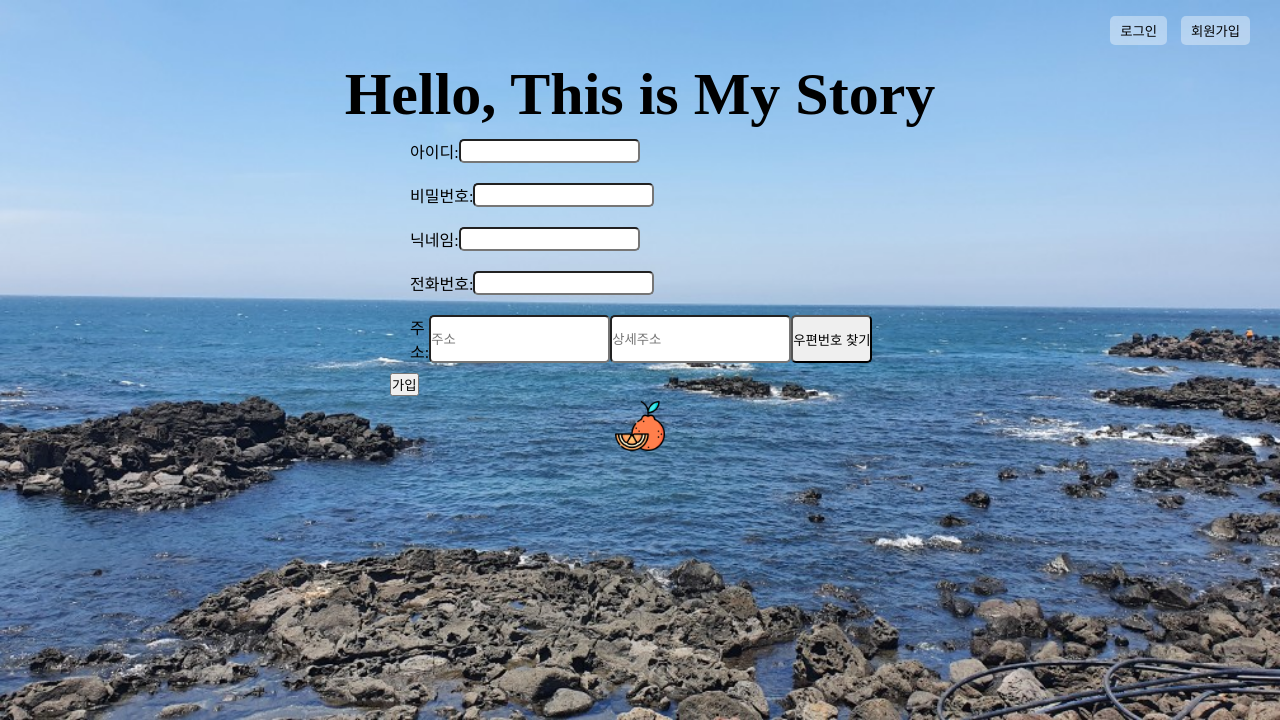
Repository: jeeniii/test2022_12_29
Page: http://localhost/portfolio/mem/join
These files come from the project's save history. The page is drawn as it stood at one moment and after the next save; the edit follows.
The browser window is 1280 px wide. The pictures show the whole page.
The page is served by Tomcat 9. Other server files are loaded and not shown.

Above is the page before, as saved 2022-12-13 07:44:09.

### JSP_Portfolio/portfolio/src/main/webapp/member/join.jsp
<%@ page language="java" contentType="text/html; charset=UTF-8"
    pageEncoding="UTF-8"%>
<!DOCTYPE html>
<html>
<head>
<meta charset="UTF-8">
<title>Insert title here</title>
<link rel="stylesheet" href="/resources/css/join.css" type="text/css">
<%@ include file="/header.jsp" %>
</head>
<body>
<section>
	<form action="/mem/register" method="post">
		<div class="j_put">
		<span>
			아이디:
		</span>
			 <input type="text" name="id" > <br>
		</div>
		<div class="j_put">
			<span>
				비밀번호:
			</span>
				 <input type="password" name="pwd"> <br>
		</div>
		<div class="j_put">
			<span>
				닉네임:
			</span>
				 <input type="text" name="nick_name"> <br>
		</div>
		<div class="j_put">
			<span>
				전화번호:
			</span>
				 <input type="text" name="phone" oninput="hypenTel(this)" maxlength="13"> <br>
		</div>
		<div class="j_put">
		<span>
			주소:
		</span>

				<input type="hidden" id="sample6_postcode" placeholder="우편번호"><br>
				<input type="text" name="addr1" id="sample6_address" placeholder="주소">
				<input type="text" name="addr2" id="sample6_detailAddress" placeholder="상세주소">
				<input type="button" onclick="sample6_execDaumPostcode()" value="우편번호 찾기">
				<input type="hidden" id="sample6_extraAddress" placeholder="참고항목"> <br><br>
		</div>
			<button type="submit">가입</button>
	</form>
</section>
<script src="//t1.daumcdn.net/mapjsapi/bundle/postcode/prod/postcode.v2.js"></script>
<script type="text/javascript">


const hypenTel = (target) => {
	 target.value = target.value
	   .replace(/[^0-9]/g, '')
	   .replace(/^(\d{2,3})(\d{3,4})(\d{4})$/, `$1-$2-$3`);
}

function sample6_execDaumPostcode() {
    new daum.Postcode({
        oncomplete: function(data) {
            var addr = '';
            var extraAddr = '';

            if (data.userSelectedType === 'R') {
                addr = data.roadAddress;
            } else {
                addr = data.jibunAddress;
            }

            if(data.userSelectedType === 'R'){
                if(data.bname !== '' && /[동|로|가]$/g.test(data.bname)){
                    extraAddr += data.bname;
                }
                if(data.buildingName !== '' && data.apartment === 'Y'){
                    extraAddr += (extraAddr !== '' ? ', ' + data.buildingName : data.buildingName);
                }
                if(extraAddr !== ''){
                    extraAddr = ' (' + extraAddr + ')';
                }
                document.getElementById("sample6_extraAddress").value = extraAddr;

            } else {
                document.getElementById("sample6_extraAddress").value = '';
            }

            document.getElementById('sample6_postcode').value = data.zonecode;
            document.getElementById("sample6_address").value = addr;
            document.getElementById("sample6_detailAddress").focus();
        }
    }).open();
}
</script>
<%@ include file="/footer.jsp" %>
</body>
</html>

### JSP_Portfolio/portfolio/src/main/webapp/header.jsp
<%@ page language="java" contentType="text/html; charset=UTF-8"
    pageEncoding="UTF-8"%>
    <%@ taglib uri="http://java.sun.com/jsp/jstl/core" prefix="c" %>
<!DOCTYPE html>
<html>
<head>
<meta charset="UTF-8">

<link rel="stylesheet" href="/resources/css/header.css" type="text/css">
</head>
<body>
	<header>
		<div class="realHeader">
			<div class="headbar">
				<ul>

					<c:if test="${ses.id ne null }">
						<li>
							${ses.nick_name }님
						</li>
						<li>
							<a href="/mem/logout?id=${ses.id }"><button type="button">로그아웃</button></a>
						</li>
						<li>
							<a href="/mem/modify?id=${ses.id }"><button type="button">회원정보수정</button></a>
						</li>
					</c:if>

					<c:if test="${ses.id eq null }">
						<li>
							<a href="/mem/login"><button type="button">로그인</button></a>
						</li>
						<li>
							<a href="/mem/join"><button type="button"> 회원가입</button></a>
						</li>
					</c:if>
				</ul>
			</div>
		</div>
		<div class="topic">
			<h1>Hello, This is My Story</h1>
		</div>
	</header>
</body>
</html>

### JSP_Portfolio/portfolio/src/main/webapp/footer.jsp
<%@ page language="java" contentType="text/html; charset=UTF-8"
    pageEncoding="UTF-8"%>
    <%@ taglib uri="http://java.sun.com/jsp/jstl/core" prefix="c" %>
<!DOCTYPE html>
<html>
<head>
<meta charset="UTF-8">
<title>Insert title here</title>
<link rel="stylesheet" href="/resources/css/footer.css" type="text/css">
</head>
<body>
<footer>
		<a href="/" id="hanlabtn"><button type="button"><img src="/resources/한라봉.png" id="hanlabong"></button></a>
</footer>
</body>
</html>

### JSP_Portfolio/portfolio/src/main/java/controller/MemberController.java
package controller;

import java.io.IOException;
import java.util.List;

import javax.servlet.RequestDispatcher;
import javax.servlet.ServletException;
import javax.servlet.annotation.WebServlet;
import javax.servlet.http.HttpServlet;
import javax.servlet.http.HttpServletRequest;
import javax.servlet.http.HttpServletResponse;
import javax.servlet.http.HttpSession;

import org.slf4j.Logger;
import org.slf4j.LoggerFactory;

import domain.MemberVO;
import service.MemberService;
import service.MemberServiceImpl;

@WebServlet("/mem/*")
public class MemberController extends HttpServlet {
	private static final long serialVersionUID = 1L;
	private Logger log=LoggerFactory.getLogger(MemberController.class);
    private MemberService msv;
    private RequestDispatcher rdp;
    private String destPage;
    private int isOk;

    public MemberController() {
    	msv=new MemberServiceImpl();
    }

	protected void service(HttpServletRequest req, HttpServletResponse res) throws ServletException, IOException {
		req.setCharacterEncoding("utf-8");
		res.setCharacterEncoding("utf-8");
		res.setContentType("text/html; charset=utf-8");

		String uri=req.getRequestURI();
		String path=uri.substring(uri.lastIndexOf("/")+1);
		log.info("uri>> "+uri);
		log.info("path>> "+path);

		switch(path) {
		case "login":
			destPage="/member/login.jsp";
			break;

		case "join":
			destPage="/member/join.jsp";

			break;

		case "register":
			try {
				log.info("register check1");
				MemberVO mvo=new MemberVO(
						req.getParameter("id"),
						req.getParameter("pwd"),
						req.getParameter("nick_name"),
						req.getParameter("phone"),
						req.getParameter("addr1")+req.getParameter("addr2"));
				System.out.println(mvo.getId()=="");
				System.out.println(mvo.getPwd()=="");
				System.out.println(mvo.getNick_name()=="");
				System.out.println(mvo.getPhone()=="");
				if(
						mvo.getId()==""||
						mvo.getPwd()==""||
						mvo.getNick_name()==""||
						mvo.getPhone()=="") {
					log.info("Resend check");
					req.setAttribute("msg_register", false);
					//res.sendRedirect("/");
					destPage="/";
					//return;
				}else {
					isOk=msv.register(new MemberVO(
							req.getParameter("id"),
							req.getParameter("pwd"),
							req.getParameter("nick_name"),
							req.getParameter("phone"),
							req.getParameter("addr1").concat(", ").concat(req.getParameter("addr2"))));
					//concate으로 addr1과 addr2를 이어 붙이면서 그 가운데에 ", "도 더해준다.
					if(isOk>0) {
						req.setAttribute("msg_register", true);
					}
					log.info("register check4");
					destPage="/";
				}
			} catch (Exception e) {
				log.info("register error");
				e.printStackTrace();
			}
			break;

		case "login_auth": //실제 로그인이 일어나는 케이스
			try {
				MemberVO mvo=msv.login(new MemberVO(req.getParameter("id"),req.getParameter("pwd")));
				log.info("login check");
				if(mvo != null) {
					//세션 가져오기. 연결된 세션이 없다면 새로 생성
					HttpSession ses=req.getSession();
					//ses로 mvo를 바인딩
					ses.setAttribute("ses", mvo);
					ses.setMaxInactiveInterval(10*60);
					req.setAttribute("msg_login", true);
				}else {
					req.setAttribute("msg_login", false);
				}
				destPage="/";
			} catch (Exception e) {
				log.info("login_auth error");
				e.printStackTrace();
			}
			break;

		case "logout":
			try {
				HttpSession ses=req.getSession();
				ses.invalidate(); //무효화하다
				//로그인 정보 id를 주고 로그인 시간 update
				isOk=msv.lastLogin(req.getParameter("id"));
				log.info("check1");
				log.info("logout>> :"+(isOk>0?"Ok":"Fail"));
				destPage="/";
			} catch (Exception e) {
				log.info("logout error");
				e.printStackTrace();
			}
			break;

		case "list":
			try {
				log.info("list 1");
				List<MemberVO> list=msv.getList();
				req.setAttribute("list", list);
				log.info("list 4");
				destPage="/member/list.jsp";
			} catch (Exception e) {
				log.info("list error");
				e.printStackTrace();
			}
			break;

		case "modify":
			try {
				log.info("modify1");
				String id=req.getParameter("id");
				MemberVO mvo=msv.modify(id);
				req.setAttribute("mvo", mvo);
				log.info("modify4");
				destPage="/member/modify.jsp";
			} catch (Exception e) {
				log.info("modify error");
				e.printStackTrace();
			}
			break;

		case "update":
			try {
				log.info("update1");
				String id=req.getParameter("id");
				String pwd=req.getParameter("pwd");
				String nick_name=req.getParameter("nick_name");
				String phone=req.getParameter("phone");
				String addr=req.getParameter("addr1").concat(", ").concat(req.getParameter("addr2"));
				MemberVO mvo=new MemberVO(id,pwd,nick_name,phone,addr);
				isOk=msv.update(mvo);
				log.info("update4");
				if(isOk>0) {
					HttpSession ses=req.getSession();
					ses.setAttribute("ses", mvo);
					ses.setMaxInactiveInterval(10*60);
				}else {
					req.setAttribute("msg_update", 0);
				}
				log.info("controller update> "+(isOk>0?"ok":"fail"));
				destPage="/";
			} catch (Exception e) {
				log.info("update error");
				e.printStackTrace();
			}
			break;

		case "remove":
			try {
				log.info("remove1");
				String id=req.getParameter("id");
				HttpSession ses=req.getSession();
				ses.invalidate();
				isOk=msv.remove(id);
				destPage="/";
				log.info("remove4");
			} catch (Exception e) {
				log.info("remove error");
				e.printStackTrace();
				break;

			}
		default:
			break;
		}

		rdp=req.getRequestDispatcher(destPage);
		rdp.forward(req, res);
	}

	protected void doGet(HttpServletRequest request, HttpServletResponse response) throws ServletException, IOException {
		service(request, response);
	}

	protected void doPost(HttpServletRequest request, HttpServletResponse response) throws ServletException, IOException {
		service(request, response);
	}

}

### JSP_Portfolio/portfolio/src/main/java/service/MemberServiceImpl.java
package service;

import java.util.List;

import org.slf4j.Logger;
import org.slf4j.LoggerFactory;

import domain.MemberVO;
import repository.MemberDAO;
import repository.MemberDAOImpl;

public class MemberServiceImpl implements MemberService {
	private static final Logger log=LoggerFactory.getLogger(MemberServiceImpl.class);
	private MemberDAO mdao;

	public MemberServiceImpl() {
		mdao=new MemberDAOImpl();
	}

	@Override
	public int register(MemberVO mvo) {
		log.info("register check2");
		return mdao.insert(mvo);
	}

	@Override
	public MemberVO login(MemberVO mvo) {
		log.info("login check2");
		return mdao.selectOne(mvo);
	}

	@Override
	public int lastLogin(String id) {
		log.info("logout check2");
		return mdao.update(id);
	}

	@Override
	public List<MemberVO> getList() {
		log.info("list check2");
		return mdao.seletList();
	}

	@Override
	public MemberVO modify(String id) {
		log.info("modify check2");
		return mdao.modify(id);
	}

	@Override
	public int update(MemberVO mvo) {
		log.info("update check2");
		return mdao.update(mvo);
	}

	@Override
	public int remove(String id) {
		log.info("remove2");
		return mdao.delete(id);
	}

}

### JSP_Portfolio/portfolio/src/main/java/repository/MemberDAO.java
package repository;

import java.util.List;

import domain.MemberVO;

public interface MemberDAO {

	int insert(MemberVO mvo);

	MemberVO selectOne(MemberVO mvo);

	int update(String id);

	List<MemberVO> seletList();

	MemberVO modify(String id);

	int update(MemberVO mvo);

	int delete(String id);

}

### JSP_Portfolio/portfolio/src/main/java/repository/MemberDAOImpl.java
package repository;


import java.util.List;

import org.apache.ibatis.session.SqlSession;
import org.slf4j.Logger;
import org.slf4j.LoggerFactory;

import domain.MemberVO;
import orm.DataBaseBuilder;

public class MemberDAOImpl implements MemberDAO {
	private static final Logger log=LoggerFactory.getLogger(MemberDAOImpl.class);
	private SqlSession sql;
	private final String NS="MemberMapper.";

	public MemberDAOImpl() {
		new DataBaseBuilder();
		sql=DataBaseBuilder.getFactory().openSession();
	}

	@Override
	public int insert(MemberVO mvo) {
		log.info("check");
		int isOk=sql.insert(NS+"add",mvo);
		if(isOk>0) {
			sql.commit();
		}
		log.info("register check3");
		return isOk;
	}

	@Override
	public MemberVO selectOne(MemberVO mvo) {
		log.info("login check3");
		return sql.selectOne(NS+"login",mvo);
	}

	@Override
	public int update(String id) {
		int isOk=sql.update(NS+"last",id);
		if(isOk>0) {
			sql.commit();
		}
		log.info("logout check3");
		return isOk;
	}

	@Override
	public List<MemberVO> seletList() {
		log.info("list check3");
		return sql.selectList(NS+"list");
	}

	@Override
	public MemberVO modify(String id) {
		log.info("modify check3");
		return sql.selectOne(NS+"modify",id);
	}

	@Override
	public int update(MemberVO mvo) {
		int isOk=sql.update(NS+"update",mvo);
		if(isOk>0) {
			sql.commit();
		}
		log.info("update check3");
		return isOk;
	}

	@Override
	public int delete(String id) {
		log.info("remove3");
		int isOk=sql.delete(NS+"delete",id);
		if(isOk>0) {
			sql.commit();
		}
		return isOk;
	}

}

### JSP_Portfolio/portfolio/src/main/java/orm/DataBaseBuilder.java
package orm;

import org.apache.ibatis.io.Resources;
import org.apache.ibatis.session.SqlSessionFactory;
import org.apache.ibatis.session.SqlSessionFactoryBuilder;

public class DataBaseBuilder {
	private static SqlSessionFactory factory;

	static {
		try {
			factory=new SqlSessionFactoryBuilder().build(Resources.getResourceAsReader("orm/MybatisConfig.xml"));
		} catch (Exception e) {
			System.out.println("mybatis error");
			e.printStackTrace();
		}
	}
	public static SqlSessionFactory getFactory() {
		return factory;
	}

}

### JSP_Portfolio/portfolio/src/main/java/domain/MemberVO.java
package domain;

public class MemberVO {
	/*create table member3 (
	id varchar(100) not null,
	pwd varchar(100) not null,
	nick_name varchar(100) not null,
	reg_at datetime default current_timestamp,
	last_login datetime not null,
	primary key(id));*/
	private String id;
	private String pwd;
	private String nick_name;
	private String phone;
	private String addr;
	private String reg_at;
	private String last_login;

	public MemberVO() {}

	//login(id,pwd)
	public MemberVO(String id,String pwd) {
		this.id=id;
		this.pwd=pwd;
	}
	//join,modify(id,pwd,nick_name)
	public MemberVO(String id,String pwd,String nick_name,String phone,String addr) {
		this.id=id;
		this.pwd=pwd;
		this.nick_name=nick_name;
		this.phone=phone;
		this.addr=addr;
	}
	//list(all)
	public MemberVO(String id,String pwd,String nick_name,String phone,String addr,String reg_at,String last_login) {
		this.id=id;
		this.pwd=pwd;
		this.nick_name=nick_name;
		this.phone=phone;
		this.addr=addr;
		this.reg_at=reg_at;
		this.last_login=last_login;
	}

	public String getId() {
		return id;
	}

	public void setId(String id) {
		this.id = id;
	}

	public String getPwd() {
		return pwd;
	}

	public void setPwd(String pwd) {
		this.pwd = pwd;
	}

	public String getNick_name() {
		return nick_name;
	}

	public void setNick_name(String nick_name) {
		this.nick_name = nick_name;
	}

	public String getReg_at() {
		return reg_at;
	}

	public void setReg_at(String reg_at) {
		this.reg_at = reg_at;
	}

	public String getLast_login() {
		return last_login;
	}

	public void setLast_login(String last_login) {
		this.last_login = last_login;
	}

	public String getPhone() {
		return phone;
	}

	public void setPhone(String phone) {
		this.phone = phone;
	}

	public String getAddr() {
		return addr;
	}

	public void setAddr(String addr) {
		this.addr = addr;
	}

}

### JSP_Portfolio/portfolio/src/main/java/domain/BoardVO.java
package domain;

public class BoardVO {
	private int bno;
	private String title;
	private String writer;
	private String content;
	private String reg_date;
	private int read_count;
	private String image_file;

	public BoardVO() {}

	//insert(title,writer,content)
	public BoardVO(String title,String writer,String content) {
		this.title=title;
		this.writer=writer;
		this.content=content;
	}
	//list(bno,title,writer,reg_date,read_count)
	public BoardVO(int bno,String title,String writer,String reg_date,int read_count) {
		this.bno=bno;
		this.title=title;
		this.writer=writer;
		this.reg_date=reg_date;
		this.read_count=read_count;
	}
	//update(bno,title,content)
	public BoardVO(int bno,String title,String content) {
		this.bno=bno;
		this.title=title;
		this.content=content;
	}
	//count(bno,read_count)
	public BoardVO(int bno,int read_count) {
		this.bno=bno;
		this.read_count=read_count;
	}

	public int getBno() {
		return bno;
	}

	public void setBno(int bno) {
		this.bno = bno;
	}

	public String getTitle() {
		return title;
	}

	public void setTitle(String title) {
		this.title = title;
	}

	public String getWriter() {
		return writer;
	}

	public void setWriter(String writer) {
		this.writer = writer;
	}

	public String getContent() {
		return content;
	}

	public void setContent(String content) {
		this.content = content;
	}

	public String getReg_date() {
		return reg_date;
	}

	public void setReg_date(String reg_date) {
		this.reg_date = reg_date;
	}

	public int getRead_count() {
		return read_count;
	}

	public void setRead_count(int read_count) {
		this.read_count = read_count;
	}

	public String getImage_file() {
		return image_file;
	}

	public void setImage_file(String image_file) {
		this.image_file = image_file;
	}

}

### JSP_Portfolio/portfolio/src/main/java/domain/PagingVO.java
package domain;

public class PagingVO {
	private int pageNo;
	private int qty;

	public PagingVO() {
		this(1,5);
	}

	public PagingVO(int pageNo,int qty) {
		this.pageNo=pageNo;
		this.qty=qty;
	}

	public int getPageStart() {
		return (this.pageNo-1)*qty;
	}

	public void setPageNo(int pageNo) {
		this.pageNo = pageNo;
	}

	public int getQty() {
		return qty;
	}

	public void setQty(int qty) {
		this.qty = qty;
	}

	public int getPageNo() {
		return pageNo;
	}

}

### JSP_Portfolio/portfolio/src/main/webapp/resources/css/join.css
@charset "UTF-8";
form{
	width:500px;
	margin: 0 auto;
	padding: 0px;
}
section{
}
.j_put{
	display: inline-flex;
	width: 100%;
	padding: 10px 20px;
}
.j_put>input{
	border-radius: 5px;
}

### JSP_Portfolio/portfolio/src/main/webapp/resources/css/header.css
@charset "UTF-8";
* {
    margin: 0;
    padding: 0;
    box-sizing: border-box;
}
body{
	width:100%;
	height:100%;
	background-image: url("/resources/제주 바다.jpg");
	background-repeat: no-repeat;
	background-size: cover;
}
.topic{
	text-align: center;
	font-size: 30px;
}
.realHeader{
	height: 60px;
}
.headbar{
	display: flex;
	align-items: center;
	float: right;
	padding: 0px 30px;
	height: 60px;
}
.headbar>ul{
    list-style-type: none;
}
.headbar>ul>li{
	display: inline;;
	margin-left: 10px;
	line-height: 30px;
	vertical-align: middle;
}
.headbar>ul>li>a{
	font-size: 20px;
	font-weight: 700px;
	color: black;
    text-decoration-line:none ;
}
button[type="button"]{
	border: 0px;
	padding: 5px 10px;
	border-radius: 5px;
	background-color: rgba(255, 255, 255, 0.377);
}

### JSP_Portfolio/portfolio/src/main/webapp/resources/css/footer.css
@charset "UTF-8";
#hanlabong{
    width: 50px;
    height: 50px;
}

#hanlabtn{
	background-color: transparent;
	border:none;
	cursor: pointer;
}
#hanlabtn button{
	background-color: transparent;
	border:none;
	cursor: pointer;

}
#hanlabtn:hover{
	transform:scale(1.5);
  	transition: transform .5s;
}
footer{
	width: 100%;
	display: flex;
	justify-content: center;
}

After the next save:
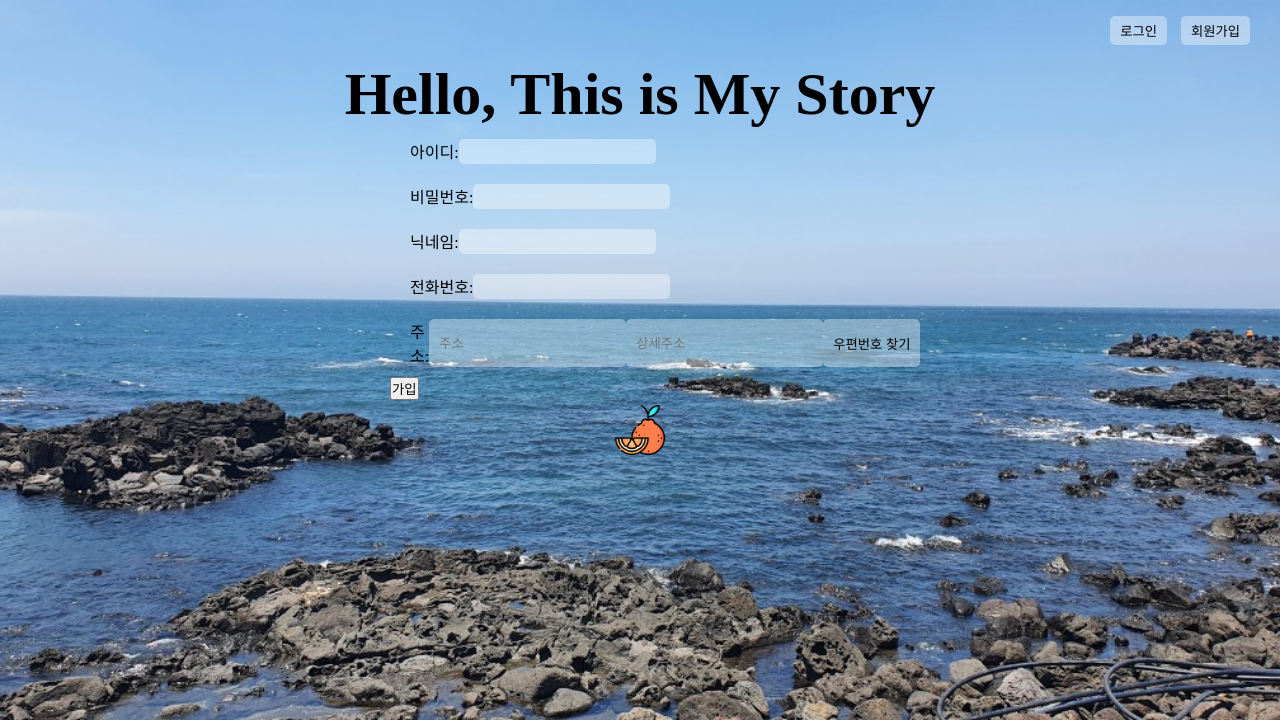
Saved 41 s later.
--- a/JSP_Portfolio/portfolio/src/main/webapp/resources/css/join.css
+++ b/JSP_Portfolio/portfolio/src/main/webapp/resources/css/join.css
@@ -12,5 +12,8 @@ section{
 	padding: 10px 20px;
 }
 .j_put>input{
+	border: 0px;
+	padding: 5px 10px;
 	border-radius: 5px;
+	background-color: rgba(255, 255, 255, 0.377);
 }
